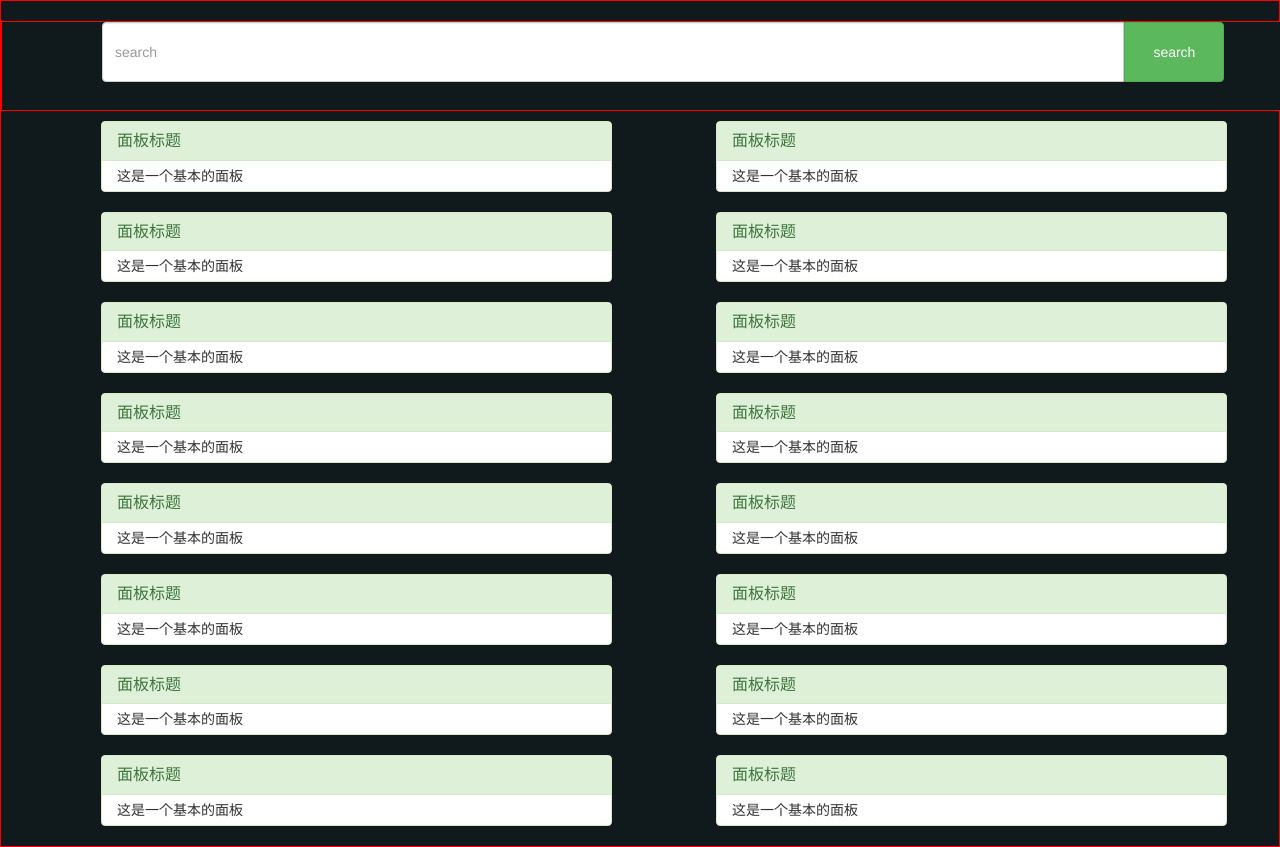
Repository: Tuzijing/Battlefield
Page: http://localhost/static/views/fram/fram.php
These files come from the project's save history. The page is drawn as it stood at one moment and after the next save; the edit follows.
The browser window is 1280 px wide. The pictures show the whole page.
The page is run by PHP 8.4 with error messages shown; the project is at /var/www/html/.

Above is the page before, as saved 2018-07-15 16:03:54.

### BattlefieldWebP/static/views/fram/fram.php
<!DOCTYPE html>
<html>
	<head>
		<meta charset="UTF-8">
		<title>BATTLEFIELD</title>
 		<!--
        	作者：offline
        	时间：2018-07-10
        	描述：引入公共前端配置文件
        -->
		<?php
			include "../common/main_header.php";
		?>

		<link rel="stylesheet" href="../../common/css/fram/fram.css"/>

		<script type="text/javascript" src="../../common/js/fram/fram.js"></script>
	</head>
	<body>
		<div id="fram_container" style="margin: 0px;">
			<!-- 搜索框 -->
			<div id="fram_search" style="margin: 0px;">
				<div id="mask">
					<div class="input-group">
						<input type="text" class="form-control" placeholder="search">
						<button type="button" class="btn btn-success">search</button>
					</div>
				</div>
			</div>
			<div id="fram_categorys">
				<div  class="panel panel-success">
					<div class="panel-heading">
						<h3 class="panel-title">面板标题</h3>
					</div>
					<div class="panel-body">
						这是一个基本的面板
					</div>
				</div>

				<div  class="panel panel-success">
					<div class="panel-heading">
						<h3 class="panel-title">面板标题</h3>
					</div>
					<div class="panel-body">
						这是一个基本的面板
					</div>
				</div>
					<div  class="panel panel-success">
					<div class="panel-heading">
						<h3 class="panel-title">面板标题</h3>
					</div>
					<div class="panel-body">
						这是一个基本的面板
					</div>
				</div>
					<div  class="panel panel-success">
					<div class="panel-heading">
						<h3 class="panel-title">面板标题</h3>
					</div>
					<div class="panel-body">
						这是一个基本的面板
					</div>
				</div>




					<div  class="panel panel-success">
					<div class="panel-heading">
						<h3 class="panel-title">面板标题</h3>
					</div>
					<div class="panel-body">
						这是一个基本的面板
					</div>
				</div>
					<div  class="panel panel-success">
					<div class="panel-heading">
						<h3 class="panel-title">面板标题</h3>
					</div>
					<div class="panel-body">
						这是一个基本的面板
					</div>
				</div>	<div  class="panel panel-success">
					<div class="panel-heading">
						<h3 class="panel-title">面板标题</h3>
					</div>
					<div class="panel-body">
						这是一个基本的面板
					</div>
				</div>
					<div  class="panel panel-success">
					<div class="panel-heading">
						<h3 class="panel-title">面板标题</h3>
					</div>
					<div class="panel-body">
						这是一个基本的面板
					</div>
				</div>	<div  class="panel panel-success">
					<div class="panel-heading">
						<h3 class="panel-title">面板标题</h3>
					</div>
					<div class="panel-body">
						这是一个基本的面板
					</div>
				</div>
					<div  class="panel panel-success">
					<div class="panel-heading">
						<h3 class="panel-title">面板标题</h3>
					</div>
					<div class="panel-body">
						这是一个基本的面板
					</div>
				</div>	<div  class="panel panel-success">
					<div class="panel-heading">
						<h3 class="panel-title">面板标题</h3>
					</div>
					<div class="panel-body">
						这是一个基本的面板
					</div>
				</div>
					<div  class="panel panel-success">
					<div class="panel-heading">
						<h3 class="panel-title">面板标题</h3>
					</div>
					<div class="panel-body">
						这是一个基本的面板
					</div>
				</div>	<div  class="panel panel-success">
					<div class="panel-heading">
						<h3 class="panel-title">面板标题</h3>
					</div>
					<div class="panel-body">
						这是一个基本的面板
					</div>
				</div>
					<div  class="panel panel-success">
					<div class="panel-heading">
						<h3 class="panel-title">面板标题</h3>
					</div>
					<div class="panel-body">
						这是一个基本的面板
					</div>
				</div>	<div  class="panel panel-success">
					<div class="panel-heading">
						<h3 class="panel-title">面板标题</h3>
					</div>
					<div class="panel-body">
						这是一个基本的面板
					</div>
				</div>
					<div  class="panel panel-success">
					<div class="panel-heading">
						<h3 class="panel-title">面板标题</h3>
					</div>
					<div class="panel-body">
						这是一个基本的面板
					</div>
				</div>






			</div>
		</div>
	</body>
</html>

### BattlefieldWebP/static/views/common/main_header.php
<html>
	<script type="text/javascript" src="../../common/js/jquery-3.1.1.min.js" ></script>
	<script type="text/javascript" src="../../common/js/bootstrap.js" ></script>
	<link rel="stylesheet" href="../../common/css/bootstrap.css"/>
	<script type="text/javascript" src="../../common/js/tools.js"></script>
	<?
		include "encoding.php";
	?>
</html>

### BattlefieldWebP/static/views/common/encoding.php
<?php
	header("Content-type:text/html;charset=utf-8");
?>

### BattlefieldWebP/static/common/js/tools.js

/**
 * 获取浏览器的宽和高
 */
function getBrowserWidthAndHeight(){
	var arr = {width:0,height:0};
	try{
		var width = window.innerWidth;
		var height = window.innerHeight;
		arr["width"] = width;
		arr["height"] = height;
	}catch(err){
		console.log("get browser width and height err",err);
	}
	return arr;
}


/**
 * 根据id居中设置
 * lableById:需要居中的标签
 * width:宽度
 * height:高度
 * offsetWidth：宽度偏移量
 * offsetHeigt：高度偏移量
 */
function center(lableById,width,height,offsetWidth,offsetHeigt){
	try{
		var helf_width = width/2-offsetWidth; //总宽度除以2减上宽度偏移量
		var helf_height = height/2-offsetHeigt; //总高度除以2减上高度偏移量
		document.getElementById(lableById).style.marginLeft = helf_width+"px";
		document.getElementById(lableById).style.marginTop = +helf_height+"px";
	}catch(err){
		console.log("set lableNameById:"+(lableNameById === undefined?"undefined":lableNameById)+" centering failure ",err);
	}
}

### BattlefieldWebP/static/common/css/fram/fram.css
@CHARSET "UTF-8";

body{
	background-color: #101a1d;
	margin: 0px;
	padding: 0px;
	border: 1px solid red;
}

/*fram 容器*/
#fram_container{
	margin:0px;
	padding:0xp;
	width: 100%;
	height: 100%;
	line-height: 0px;
	z-index: 1000;
}

/*搜索框*/
#fram_search{
	margin:0px;
	padding:0px;
	width: 100%;
	height: 70px;
}
/*设置一个遮罩*/
#mask{
	border: 1px solid red;
	margin:0px;
	padding:0px;
	margin-top:0px;
	width: 100%;
	height: 90px;
	position: fixed;
	z-index:1000;
	background-color: #101a1d;
}

.input-group{
	margin-left:100px;
	width:80%;
	height: 60px;
}

.input-group input{
	border-top-right-radius:0px;
	border-bottom-right-radius:0xp;
	height: 60px;
}
.input-group button {
	position: absolute;/*采用绝对定位 取消换行*/
	border-top-left-radius:0px;
	border-bottom-left-radius:0px;
	height: 60px;
	width: 100px;
}


#fram_categorys {
	margin-top: 30px;
}
#fram_categorys .panel{
	display:inline-block;
	margin-left:100px;
	width: 40%;
}

### BattlefieldWebP/static/common/js/fram/fram.js
/**
 * fram 运行脚本
 */

Loaded but not shown: BattlefieldWebP/static/common/js/jquery-3.1.1.min.js (library); BattlefieldWebP/static/common/js/bootstrap.js (library); BattlefieldWebP/static/common/css/bootstrap.css (library)

After the next save:
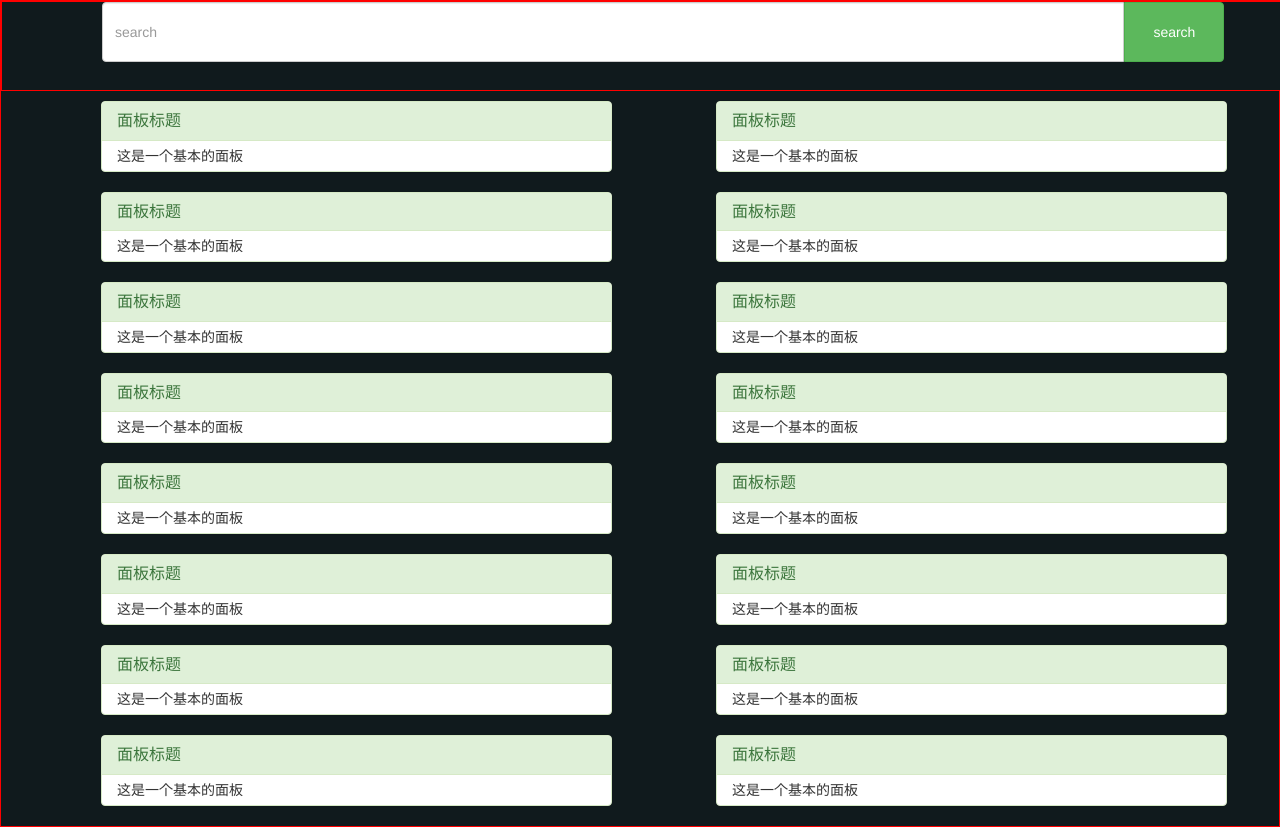
Saved 2 min 20 s later.
--- a/BattlefieldWebP/static/common/css/fram/fram.css
+++ b/BattlefieldWebP/static/common/css/fram/fram.css
@@ -5,6 +5,7 @@
 	margin: 0px;
 	padding: 0px;
 	border: 1px solid red;
+	line-height: 0px;
 }
 
 /*fram 容器*/
@@ -13,7 +14,7 @@
 	padding:0xp;
 	width: 100%;
 	height: 100%;
-	line-height: 0px;
+
 	z-index: 1000;
 }
 
